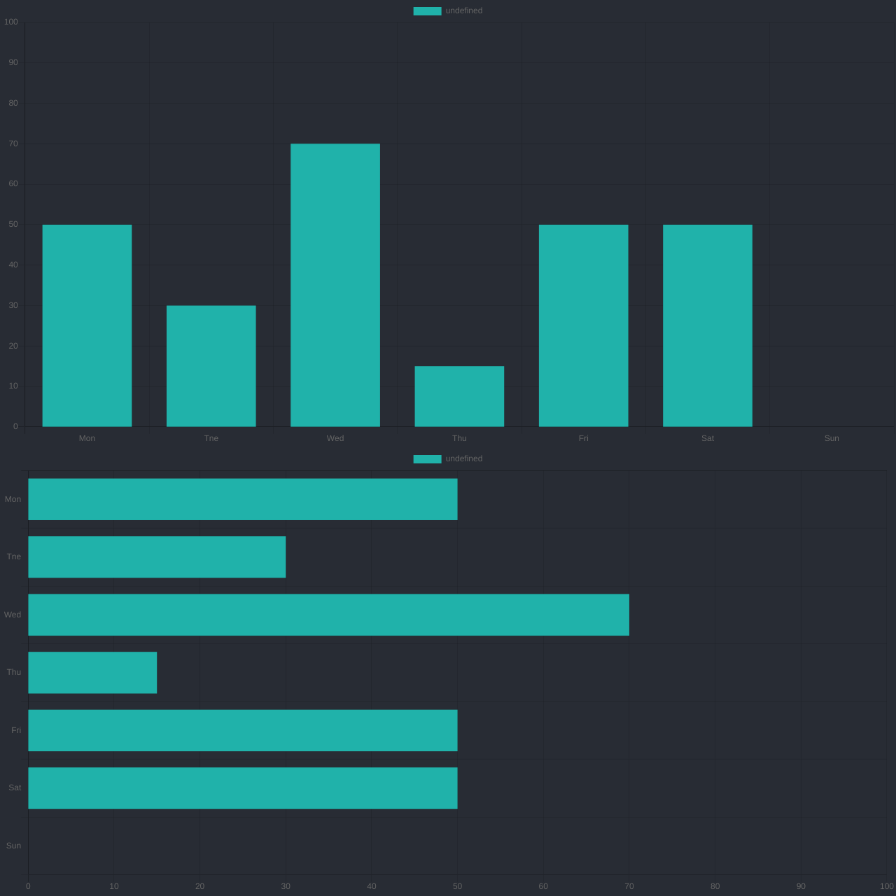
Repository: ShunsukeTanizaki/COVID19-Live
Page: /
These files come from the project's save history. The page is drawn as it stood at one moment and after the next save; the edit follows.
The browser window is 1280 px wide. The pictures show the part of the page from y = 1920 to 3840 px (the page is 3200 px tall before and 3840 px after), at 70% of full size.
The project was rebuilt for these pictures with package versions that can differ from the ones it lists, and the page was loaded fresh each time.

Above is the page before, as saved 2020-11-06 00:15:47.

### src/App.tsx
import React from "react";
// import logo from "./logo.svg";
import "./App.css";
import LinePlot from "./components/LinePlot";
import PiePlot from "./components/PiePlot";
import BarPlot from "./components/BarPlot";

function App() {
    return (
        <div className="App">
            <LinePlot />
            <PiePlot />
            <BarPlot />
        </div>
    );
}

export default App;

### src/App.css
.App {
    background-color: #282c34;
    text-align: center;
}

.App-logo {
    height: 40vmin;
    pointer-events: none;
}

@media (prefers-reduced-motion: no-preference) {
    .App-logo {
        animation: App-logo-spin infinite 20s linear;
    }
}

.App-header {
    background-color: #282c34;
    min-height: 100vh;
    display: flex;
    flex-direction: column;
    align-items: center;
    justify-content: center;
    font-size: calc(10px + 2vmin);
    color: white;
}

.App-link {
    color: #61dafb;
}

@keyframes App-logo-spin {
    from {
        transform: rotate(0deg);
    }
    to {
        transform: rotate(360deg);
    }
}

### src/components/LinePlot.tsx
import React from "react";
import { Line } from "react-chartjs-2";

const data = {
    labels: ["Mon", "Tne", "Wed", "Thu", "Fri", "Sat", "Sun"],
    datasets: [
        {
            label: "Demo Line plot",
            backgroundColor: "#008080",
            borderColor: "#7fffd4",
            pointBorderWidth: 10,
            data: [1, 6, 9, 15, 30, 40, 80]
        }
    ]
};

const LinePlot: React.FC = () => {
    return (
        <div>
            <Line data={data} />
        </div>
    );
};

export default LinePlot;

### src/components/PiePlot.tsx
import React from "react";
import { Pie, Doughnut } from "react-chartjs-2";

const data = {
    labels: ["Windows", "Mac", "Linux"],
    datasets: [
        {
            data: [90, 7, 3],
            backgroundColor: ["#4196e1", "#ff1493", "#FFCE56"],
            hoverBackgroundColor: ["#36A2BE", "#FF6384", "#FFCE56"],
            borderColor: ["transparent", "transparent", "transparent"]
        }
    ]
};

const PiePlot: React.FC = () => {
    return (
        <div>
            <Pie data={data} />
            <Doughnut data={data} />
        </div>
    );
};

export default PiePlot;

### src/components/BarPlot.tsx
import React from "react";
import { Bar, HorizontalBar } from "react-chartjs-2";

const data = {
    labels: ["Mon", "Tne", "Wed", "Thu", "Fri", "Sat", "Sun"],
    datasets: [
        {
            labsl: "Demo bdr plot",
            backgroundColor: "#20b2aa",
            borderColor: "transParent",
            hoverBackgroundColor: "#5f9ea0",
            data: [50, 30, 70, 15, 50, 50, 0, 100]
        }
    ]
};

const BarPlot: React.FC = () => {
    return (
        <div>
            <Bar data={data} />
            <HorizontalBar data={data} />
        </div>
    );
};

export default BarPlot;

Loaded but not shown: public/index.html (common file); src/index.tsx (common file); src/index.css (common file); src/reportWebVitals.ts (common file)

After the next save:
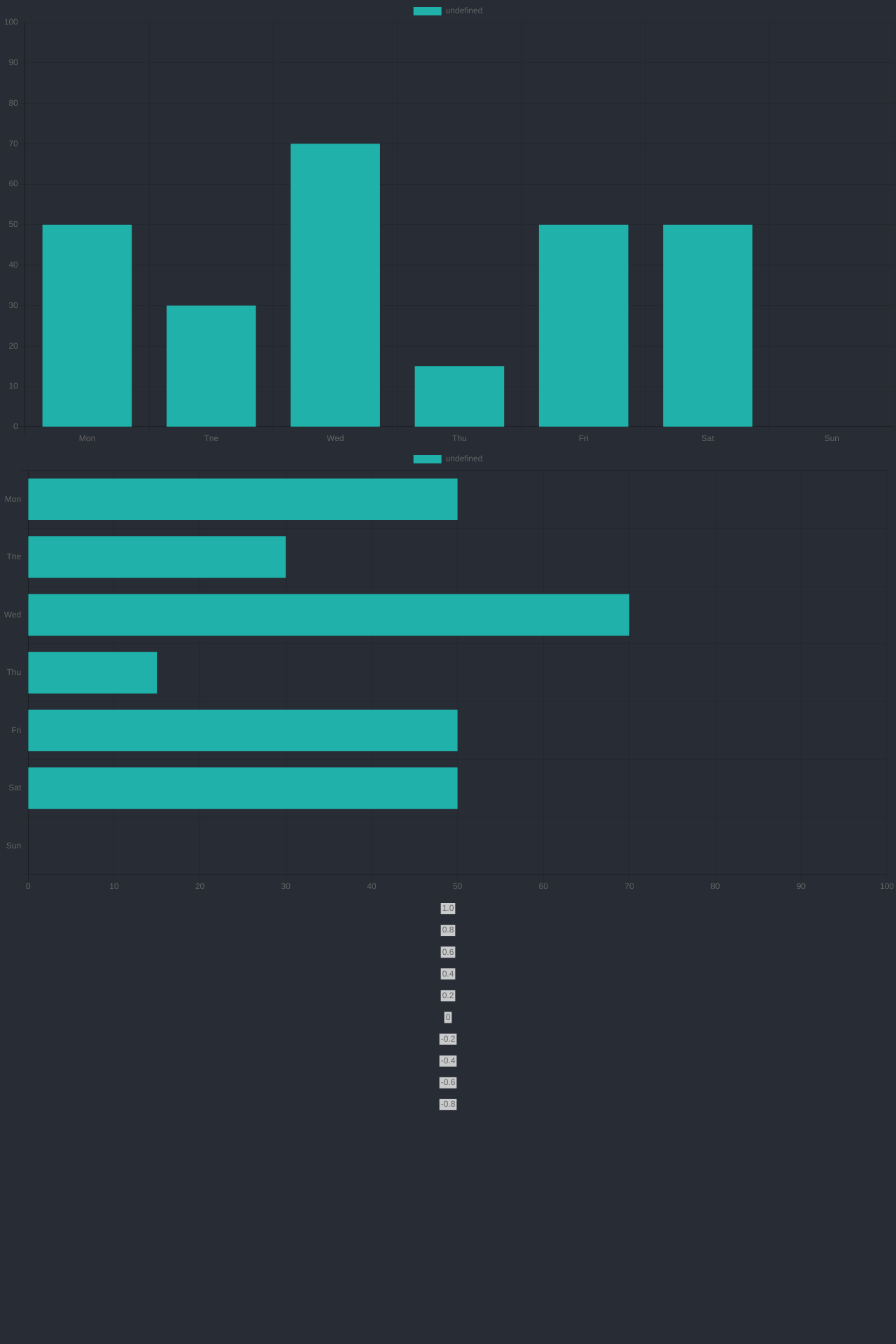
Saved 19 s later.
--- a/src/App.tsx
+++ b/src/App.tsx
@@ -4,6 +4,7 @@ import "./App.css";
 import LinePlot from "./components/LinePlot";
 import PiePlot from "./components/PiePlot";
 import BarPlot from "./components/BarPlot";
+import { Radar } from "react-chartjs-2";
 
 function App() {
     return (
@@ -11,6 +12,7 @@ function App() {
             <LinePlot />
             <PiePlot />
             <BarPlot />
+            <Radar />
         </div>
     );
 }
